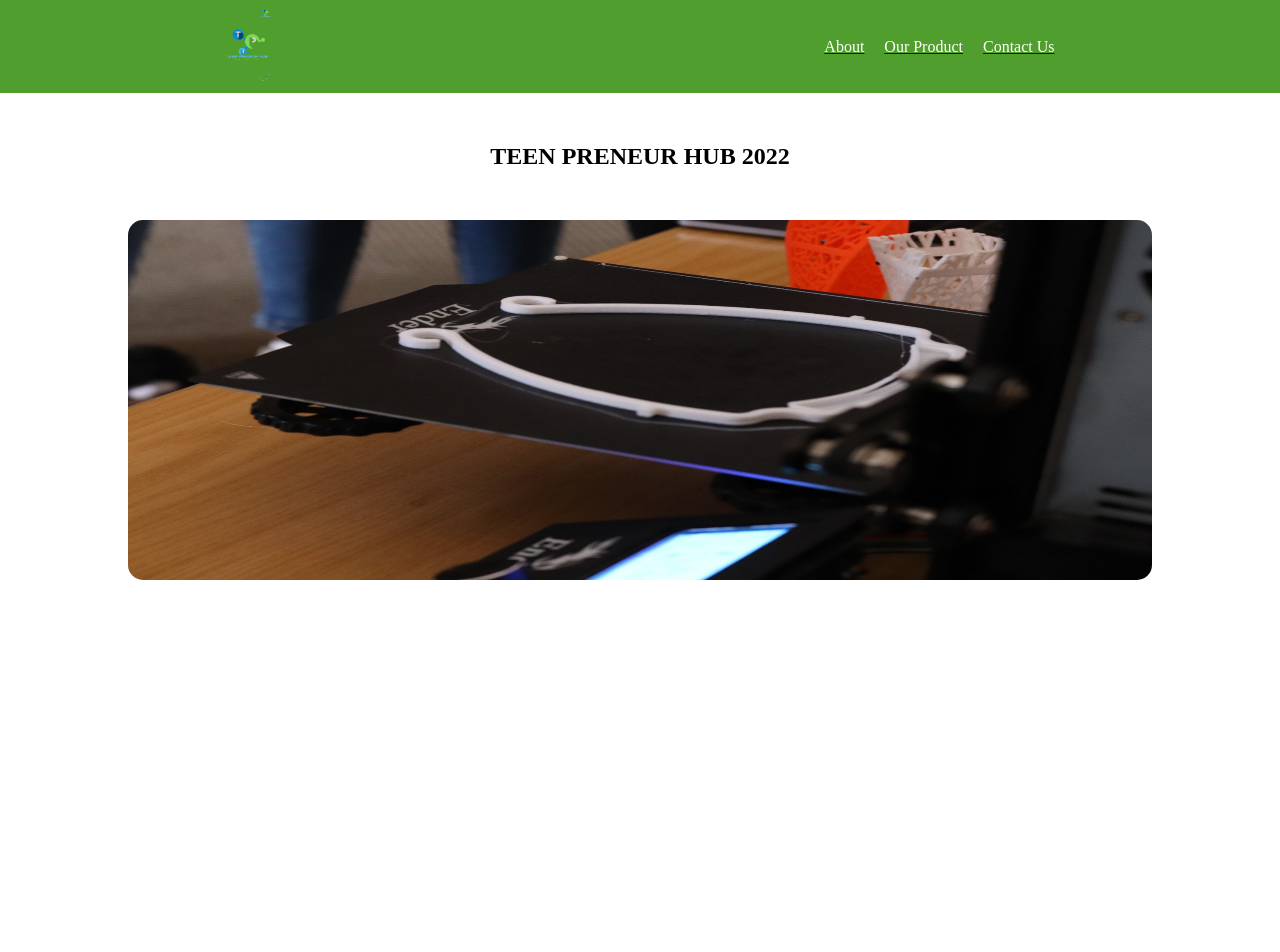
Repository: chadrackkyungu/4-BCT-TPH-Website
Page: index.html
An editor plug-in stored every save of this project. The page is shown before and after the next save, followed by the edit.
The browser window is 1280 px wide. The pictures show the part of the page from y = 0 to 952 px (the page is 2781 px tall).
A picture or video elsewhere on the page could not be fetched, so the positions and the page height are approximate.

Above is the page before, as saved 2022-10-21 09:13:44.

After the next save:
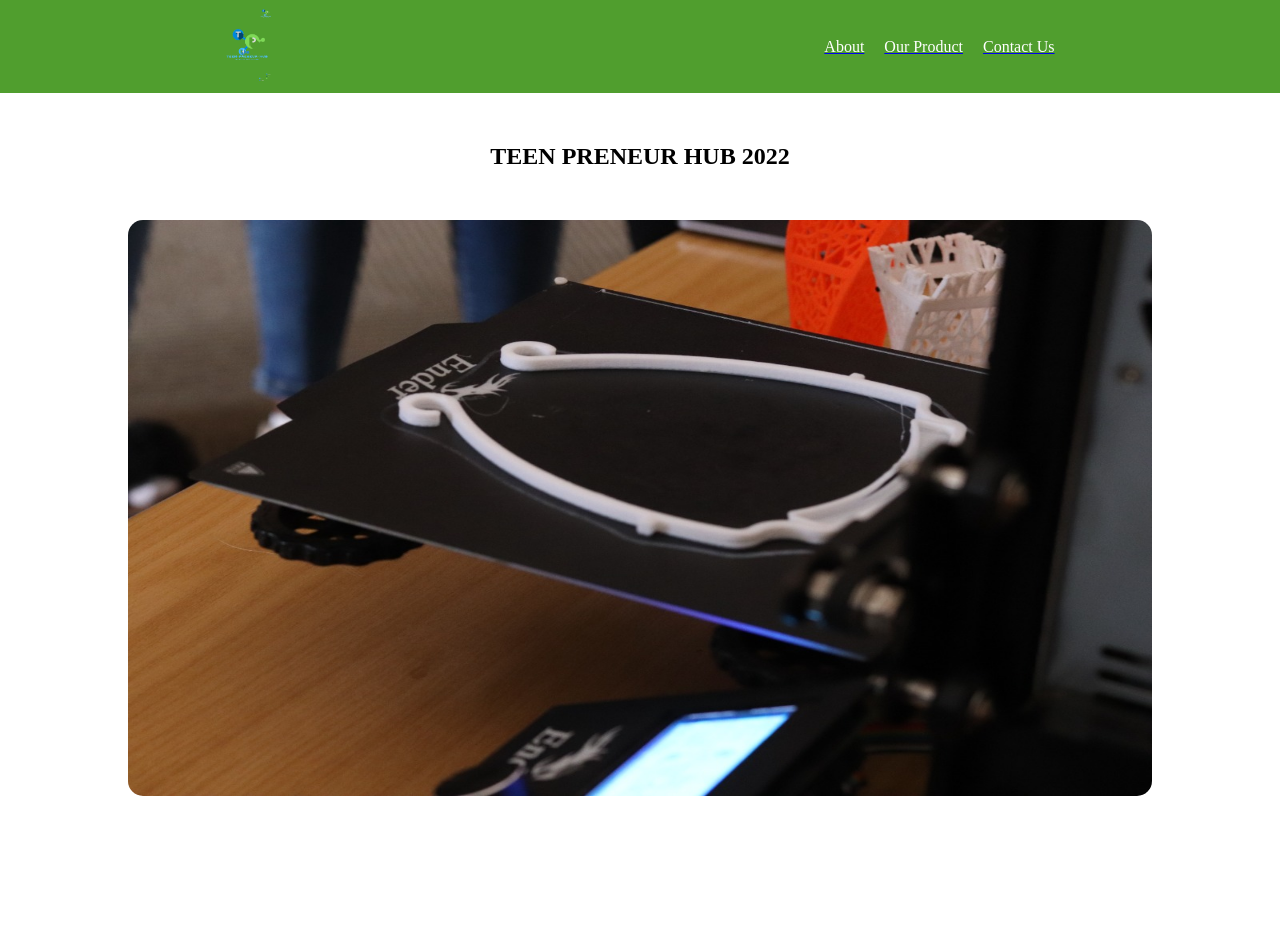
Saved 10 s later.
--- a/src/css/style.css
+++ b/src/css/style.css
@@ -54,7 +54,7 @@
 
 .image-container img {
     width: 100%;
-    height: 50% !important;
+    height: 80% !important;
 }
 
 .aboutcontainer {
